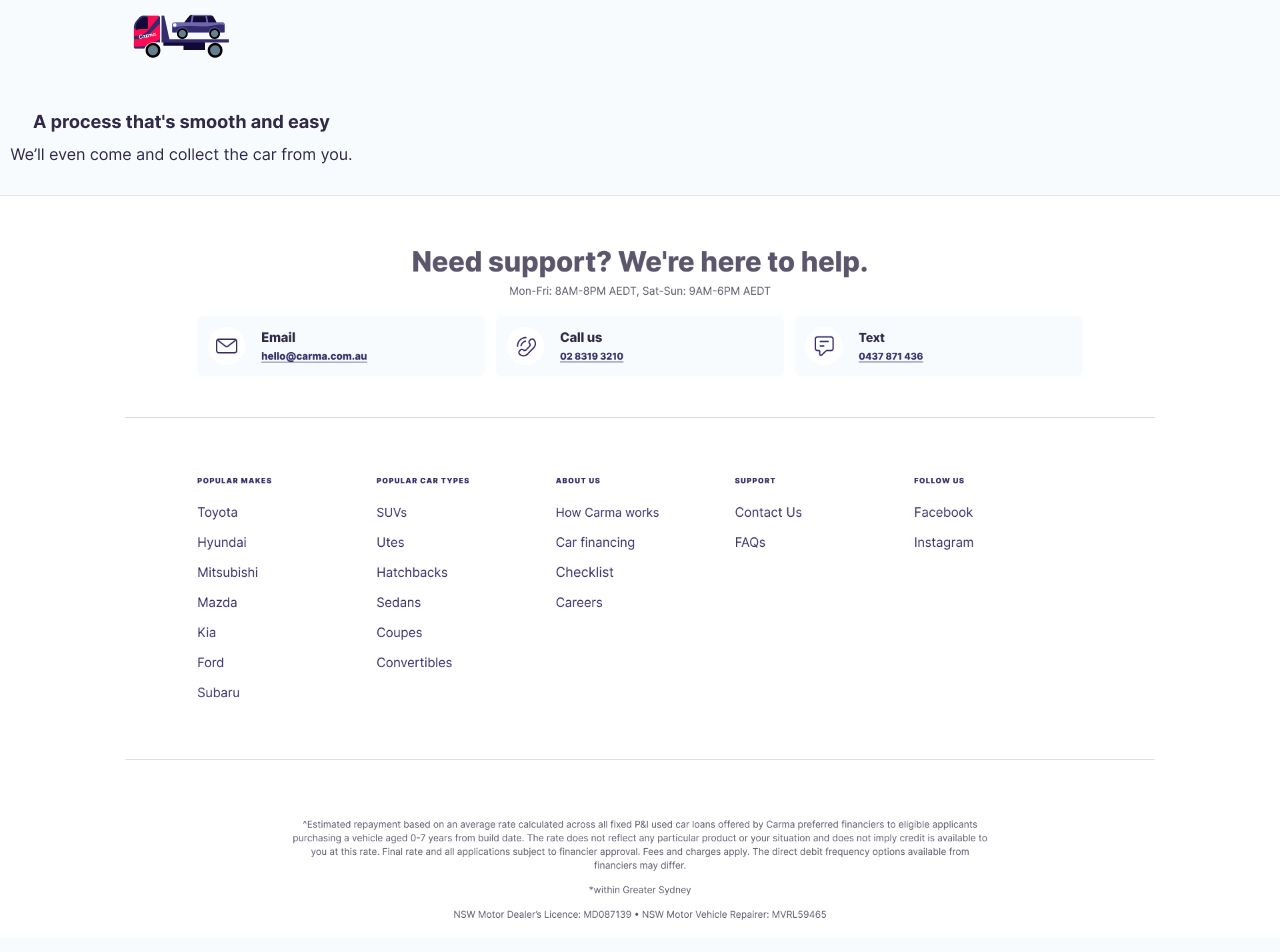
Repository: KHANas02/project
Page: index.html
These files come from the project's save history. The page is drawn as it stood at one moment and after the next save; the edit follows.
The browser window is 1280 px wide. The pictures show the part of the page from y = 953 to 1905 px (the page is 1952 px tall before and 2052 px after).

Above is the page before, as saved 2024-03-31 21:30:58.

After the next save:
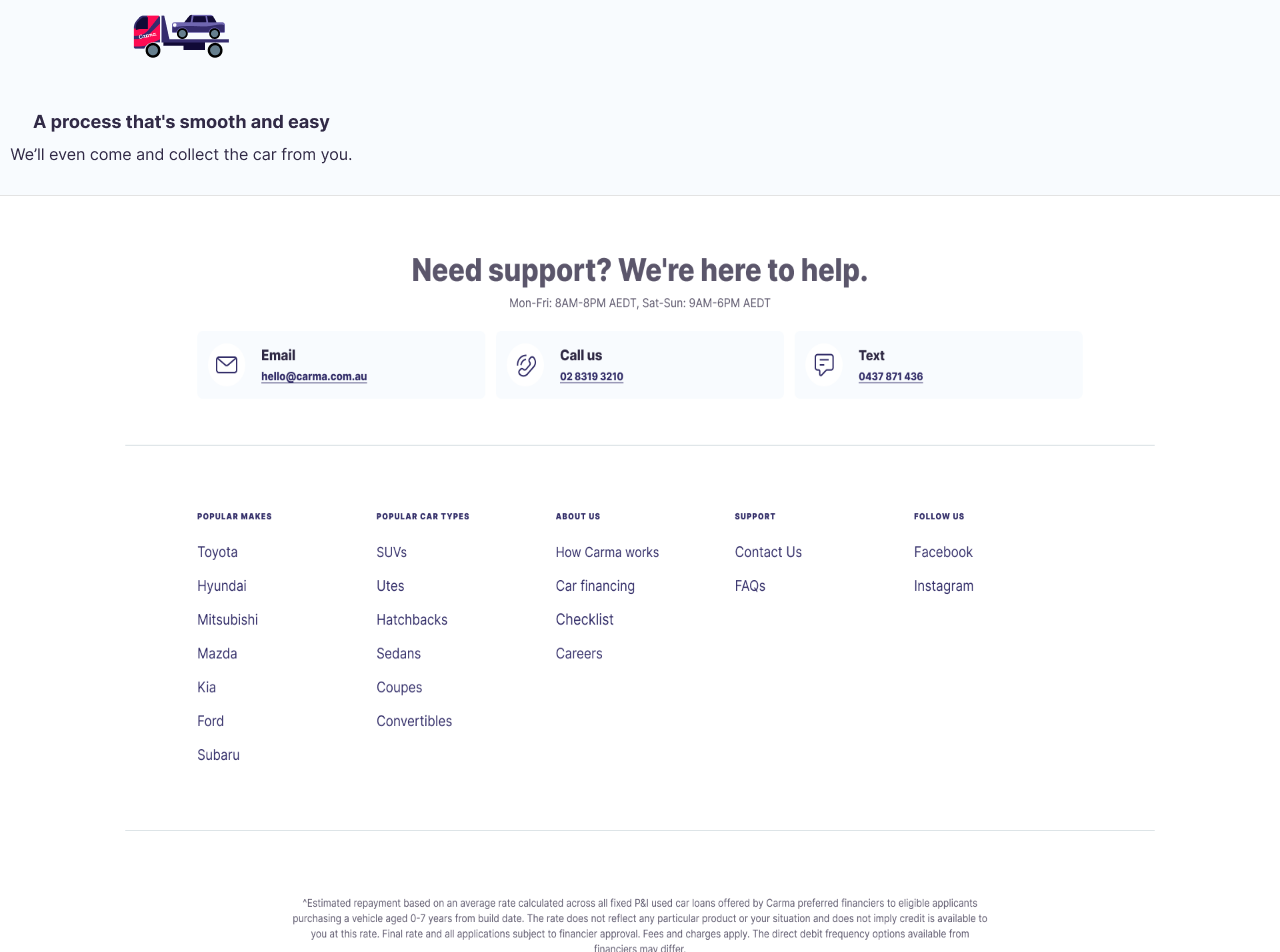
Saved 11 s later.
--- a/style.css
+++ b/style.css
@@ -39,6 +39,6 @@
 }
 .footer1 {
   width: 100%;
-  height: 800px;
+  height: 900px;
   margin: 0 auto;
 }
